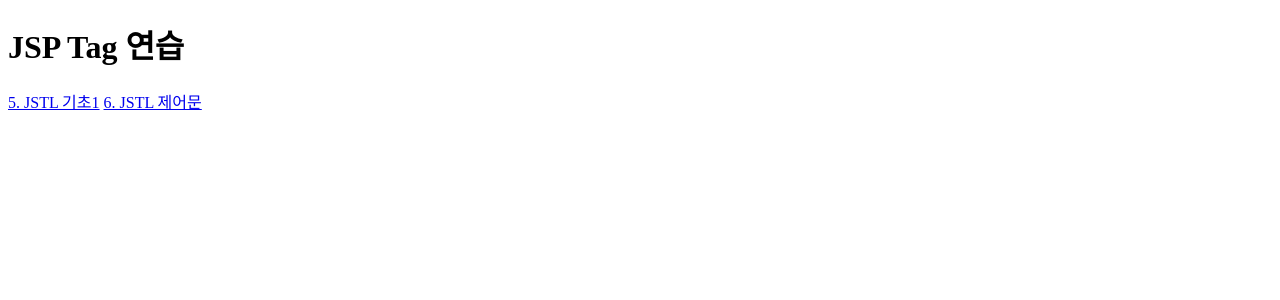
Repository: emthrology/servertest
Page: apache/jspTag/WebContent/index.html
These files come from the project's save history. The page is drawn as it stood at one moment and after the next save; the edit follows.
The browser window is 1280 px wide. The pictures show the whole page.

Above is the page before, as saved 2019-05-16 04:51:40.

### apache/jspTag/WebContent/index.html
<!DOCTYPE html>
<html>
<head>
<meta charset="UTF-8">
<title>Insert title here</title>
</head>
<body>
	<h1>JSP Tag 연습</h1>
	<a href="/jsp/JSTL/jsp_JSTL_Basic1.jsp">5. JSTL 기초1</a>
	<a href="/jsp/JSTL/jsp_JSTL_if.jsp">6. JSTL 제어문</a>
</body>
</html>

After the next save:
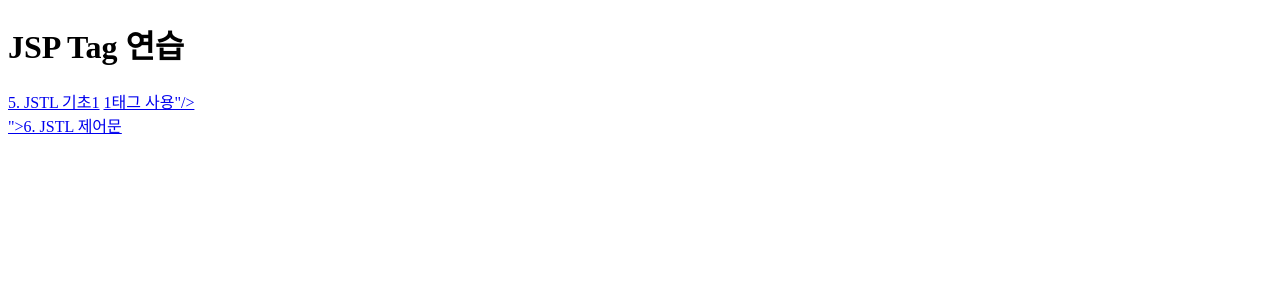
Saved 23 s later.
--- a/apache/jspTag/WebContent/index.html
+++ b/apache/jspTag/WebContent/index.html
@@ -7,6 +7,6 @@
 <body>
 	<h1>JSP Tag 연습</h1>
 	<a href="/jsp/JSTL/jsp_JSTL_Basic1.jsp">5. JSTL 기초1</a>
-	<a href="/jsp/JSTL/jsp_JSTL_if.jsp">6. JSTL 제어문</a>
+	<a href="/jsp/JSTL/기본출력(escape처리) : <c:out value="글씨를 진하게<b>1</b>태그 사용"/><br>">6. JSTL 제어문</a>
 </body>
 </html>

After the save that followed:
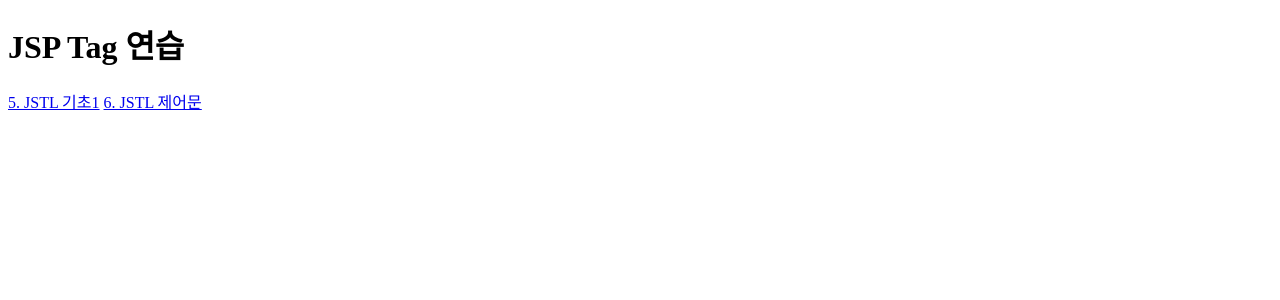
Saved 6 s later.
--- a/apache/jspTag/WebContent/index.html
+++ b/apache/jspTag/WebContent/index.html
@@ -7,6 +7,6 @@
 <body>
 	<h1>JSP Tag 연습</h1>
 	<a href="/jsp/JSTL/jsp_JSTL_Basic1.jsp">5. JSTL 기초1</a>
-	<a href="/jsp/JSTL/기본출력(escape처리) : <c:out value="글씨를 진하게<b>1</b>태그 사용"/><br>">6. JSTL 제어문</a>
+	<a href="/jsp/JSTL/jsp_JSTL_if.jsp">6. JSTL 제어문</a>
 </body>
 </html>
